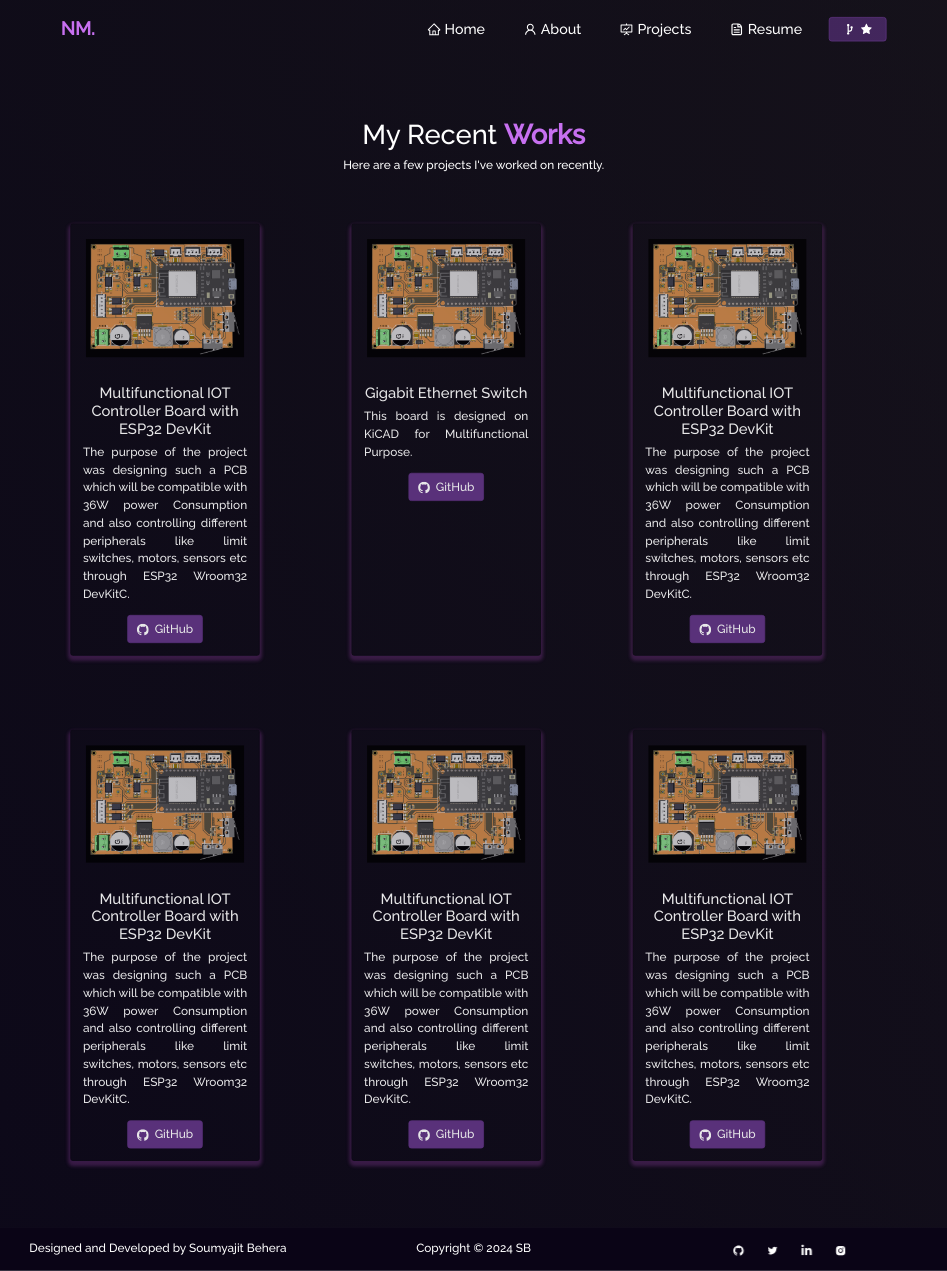
Repository: nenadMarkorvic/personal-website
Page: /project
These files come from the project's save history. The page is drawn as it stood at one moment and after the next save; the edit follows.
The browser window is 1280 px wide. The pictures show the whole page, at 74% of full size.
The project was rebuilt for these pictures with package versions that can differ from the ones it lists, and the page was loaded fresh each time. Also part of the build but not shown: src/components/Home/Home2.js, src/components/Home/Type.js, src/components/Home/Home.js, src/components/About/Github.js, src/components/About/AboutCard.js, src/components/About/Toolstack.js, src/components/About/About.js, src/components/Resume/ResumeNew.js. Imported but missing from the stored project, and not drawn on this page: src/Assets/Nenad Markovic_pcb.pdf.

Above is the page before, as saved 2024-08-29 10:54:23.

After the next save:
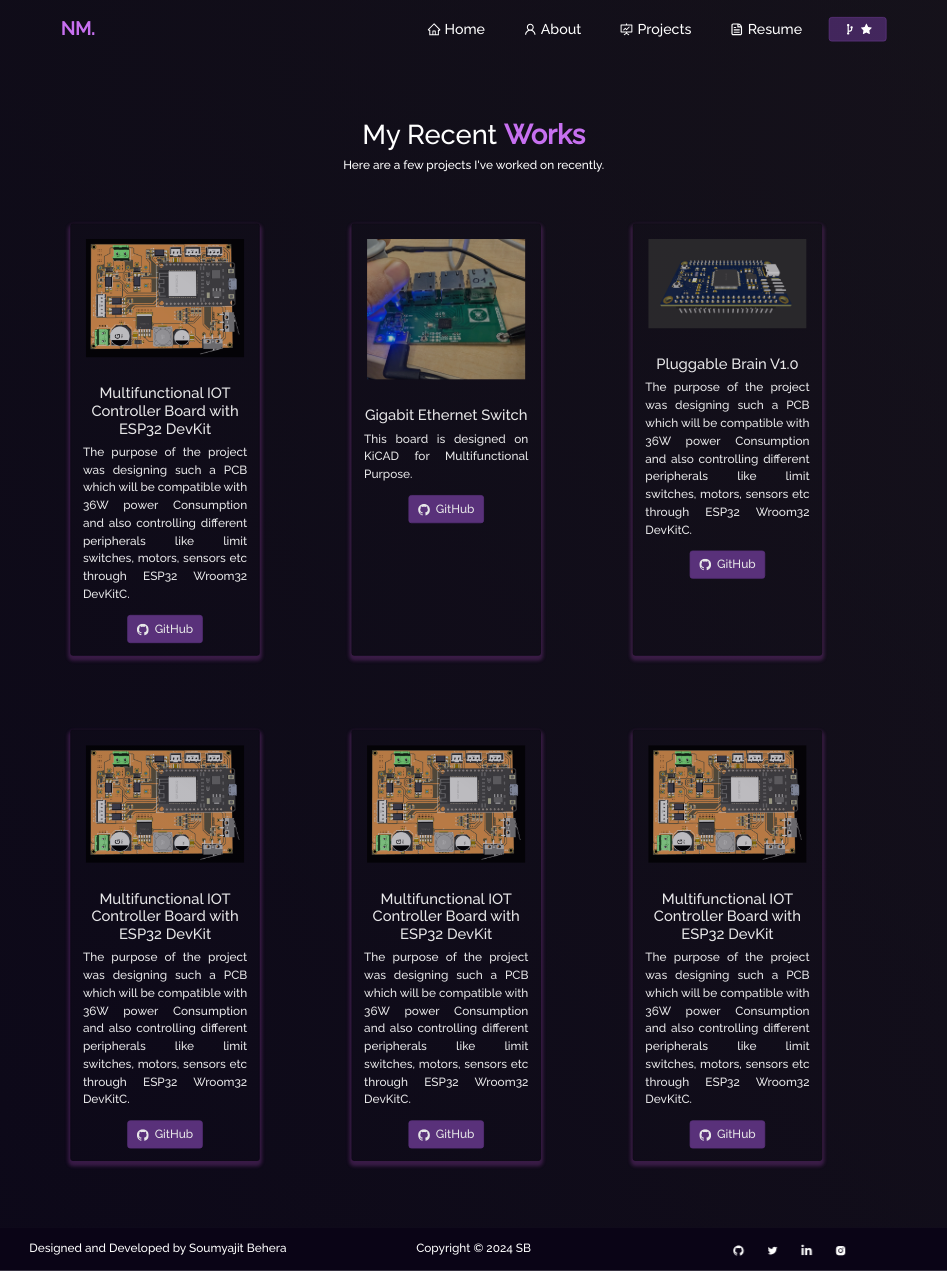
Saved 68 s later.
--- a/src/components/Projects/Projects.js
+++ b/src/components/Projects/Projects.js
@@ -3,7 +3,9 @@ import { Container, Row, Col } from "react-bootstrap";
 import ProjectCard from "./ProjectCards";
 import Particle from "../Particle";
 
-import project1 from '../../Assets/Projects/1.png'
+import project1 from '../../Assets/Projects/1.png';
+import project2 from '../../Assets/Projects/2.png';
+import project3 from '../../Assets/Projects/3.png';
 
 function Projects() {
   return (
@@ -28,7 +30,7 @@ function Projects() {
           </Col>
           <Col md={4} className="project-card">
             <ProjectCard
-              imgPath={project1}
+              imgPath={project2}
               isBlog={false}
               title="Gigabit Ethernet Switch"
               description="This board is designed on KiCAD for Multifunctional Purpose."
@@ -36,9 +38,9 @@ function Projects() {
             />
           </Col><Col md={4} className="project-card">
             <ProjectCard
-              imgPath={project1}
+              imgPath={project3}
               isBlog={false}
-              title="Multifunctional IOT Controller Board with ESP32 DevKit"
+              title="Pluggable Brain V1.0"
               description="The purpose of the project was designing such a PCB which will be compatible with 36W power Consumption and also controlling different peripherals like limit switches, motors, sensors etc through ESP32 Wroom32 DevKitC."
               ghLink=""
             />
